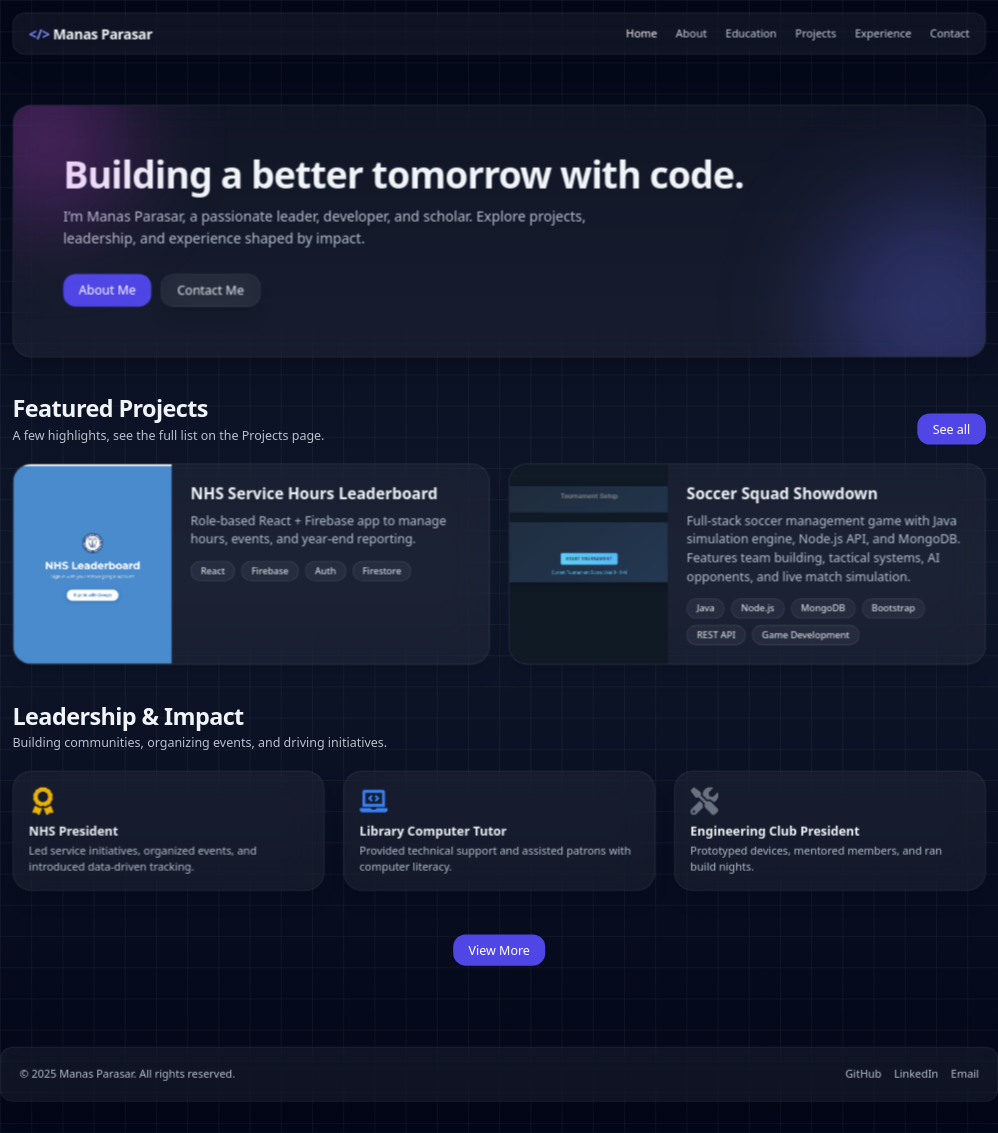
Repository: Manas-Parasar/portfolio-manas-parasar
Page: /
The author's editor kept a copy of each file at every save. The page is drawn from the files as they stood at one save, then again after the next save.
The browser window is 1280 px wide. The pictures show the whole page, at 78% of full size.
The project was rebuilt for these pictures with package versions that can differ from the ones it lists, and the page was loaded fresh each time. Also part of the build but not shown: vite.config.js, src/pages/About.jsx, src/pages/Projects.jsx, src/components/TimelineItem.jsx, src/pages/Experience.jsx, src/pages/Contact.jsx. Imported but missing from the stored project, and not drawn on this page: src/assets/Manas Parasar Resume.pdf.

Above is the page before, as saved 2025-10-12 23:01:04.

### index.html
<!DOCTYPE html>
<html lang="en">
  <head>
    <meta charset="UTF-8" />
    <meta name="viewport" content="width=device-width, initial-scale=1.0" />
    <title>Manas Parasar Portfolio</title>
    <meta
      name="description"
      content="Portfolio of Manas Parasar: projects, leadership, research, and impact."
    />
    <link rel="icon" href="/PortfolioFavicon.png" />
  </head>
  <body
    class="min-h-screen bg-gradient-to-b from-slate-950 via-slate-900 to-slate-950 text-slate-100"
  >
    <div id="root"></div>
    <script type="module" src="/src/main.jsx"></script>
  </body>
</html>

### src/main.jsx
import { BrowserRouter } from "react-router-dom";
import "./index.css";
import React from "react";
import ReactDOM from "react-dom/client";
import App from "./App";

ReactDOM.createRoot(document.getElementById("root")).render(
  <React.StrictMode>
    <BrowserRouter>
      <App />
    </BrowserRouter>
  </React.StrictMode>
);

### src/index.css
@tailwind base;
@tailwind components;
@tailwind utilities;

html,
body {
  margin: 0;
  padding: 0;
  box-sizing: border-box;
  overscroll-behavior: none;
  overflow-x: hidden;
}

html {
  background-color: #0aa345; /* slate-900 */
}

html,
body {
  margin: 0;
  padding: 0;
  box-sizing: border-box;
}

html {
  background-color: #0f172a; /* slate-900 */
}

/* Subtle selection & scrollbar tweaks */
::selection {
  background: #175430;
  color: white;
}
::-webkit-scrollbar {
  width: 10px;
}
::-webkit-scrollbar-thumb {
  background: rgba(148, 184, 155, 0.4);
  border-radius: 999px;
}

/* Reusable utilities */
@layer utilities {
  .glass {
    @apply bg-white/5 backdrop-blur-xl border border-white/10 shadow-xl;
  }
  .btn {
    @apply inline-flex items-center gap-2 rounded-2xl px-5 py-2 font-medium transition;
  }
  .btn-primary {
    @apply btn bg-brand-600 hover:bg-brand-500 text-white;
  }
  .btn-ghost {
    @apply btn glass hover:bg-white/10;
  }
  .headline {
    @apply text-4xl md:text-5xl font-extrabold tracking-tight;
  }
  .subtle {
    @apply text-slate-300/90;
  }
}

### src/App.jsx
import { Routes, Route } from "react-router-dom";
import Navbar from "./components/Navbar";
import Footer from "./components/Footer";
import Home from "./pages/Home";
import About from "./pages/About";
import Projects from "./pages/Projects";
import Experience from "./pages/Experience";
import Contact from "./pages/Contact";
import Education from "./pages/Education";

export default function App() {
  return (
    <div className="min-h-screen flex flex-col bg-grid-sheer bg-grid-sheer bg-[length:40px_40px] overflow-hidden">
      <div className="absolute inset-0 -z-10 opacity-70" aria-hidden>
        <div className="absolute -top-40 -left-40 h-96 w-96 rounded-full bg-brand-500 blur-[120px] opacity-30 animate-float" />
      </div>
      <Navbar />
      <main className="container py-10 flex-grow">
        <Routes>
          <Route path="/" element={<Home />} />
          <Route path="/about" element={<About />} />
          <Route path="/education" element={<Education />} />
          <Route path="/projects" element={<Projects />} />
          <Route path="/experience" element={<Experience />} />
          <Route path="/contact" element={<Contact />} />
        </Routes>
      </main>
      <Footer />
    </div>
  );
}

### src/components/Navbar.jsx
import { Link, NavLink } from "react-router-dom";
import { Menu, X } from "lucide-react";
import { useState } from "react";

export default function Navbar() {
  const [open, setOpen] = useState(false);
  const nav = [
    { to: "/", label: "Home" },
    { to: "/about", label: "About" },
    { to: "/education", label: "Education" },
    { to: "/projects", label: "Projects" },
    { to: "/experience", label: "Experience" },
    { to: "/contact", label: "Contact" },
  ];

  const NavItems = ({ onClick }) => (
    <ul className="flex flex-col md:flex-row gap-4 md:gap-6 text-sm">
      {nav.map((n) => (
        <li key={n.to}>
          <NavLink
            to={n.to}
            onClick={onClick}
            className={({ isActive }) =>
              `transition hover:text-white ${
                isActive ? "text-white" : "text-slate-300"
              }`
            }
          >
            {n.label}
          </NavLink>
        </li>
      ))}
    </ul>
  );

  return (
    <header className="sticky top-0 z-50">
      <div className="container mt-4">
        <div className="glass rounded-2xl px-5 py-3 flex items-center justify-between">
          <Link to="/" className="font-black tracking-tight text-lg">
            <span className="text-brand-400">&lt;/&gt;</span> Manas Parasar
          </Link>
          <nav className="hidden md:block">
            <NavItems />
          </nav>
          <button
            className="md:hidden btn-ghost"
            onClick={() => setOpen(!open)}
            aria-label="Toggle Menu"
          >
            {open ? <X size={20} /> : <Menu size={20} />}
          </button>
        </div>
        {open && (
          <div className="md:hidden mt-2 glass rounded-2xl px-5 py-4">
            <NavItems onClick={() => setOpen(false)} />
          </div>
        )}
      </div>
    </header>
  );
}

### src/components/Footer.jsx
export default function Footer() {
  return (
    <footer className="mt-16 pb-10">
      <div className="container glass rounded-2xl p-6 flex flex-col md:flex-row items-center justify-between gap-4">
        <p className="text-sm subtle">
          © {new Date().getFullYear()} Manas Parasar. All rights reserved.
        </p>
        <div className="text-sm subtle flex gap-4">
          <a
            href="https://github.com/"
            target="_blank"
            className="hover:text-white"
          >
            GitHub
          </a>
          <a
            href="https://linkedin.com/"
            target="_blank"
            className="hover:text-white"
          >
            LinkedIn
          </a>
          <a href="mailto:manas@example.com" className="hover:text-white">
            Email
          </a>
        </div>
      </div>
    </footer>
  );
}

### src/pages/Home.jsx
import Hero from "../components/Hero";
import Section from "../components/Section";
import ProjectCard from "../components/ProjectCard";
import nhsLeaderboardScreenshot from "../assets/NHS Leaderboard Screenshot.png";
import soccerSquadShowdownScreenshot from "../assets/Soccer Squad Showdown Screenshot.png";
import { FaAward, FaLaptopCode, FaTools } from "react-icons/fa";

export default function Home() {
  return (
    <>
      <Hero />

      <Section
        title="Featured Projects"
        subtitle="A few highlights, see the full list on the Projects page."
        cta={
          <a href="#/projects" className="btn-primary">
            See all
          </a>
        }
      >
        <div className="grid md:grid-cols-2 gap-6">
          <ProjectCard
            title="NHS Service Hours Leaderboard"
            desc="Role-based React + Firebase app to manage hours, events, and year-end reporting."
            tags={["React", "Firebase", "Auth", "Firestore"]}
            link="https://github.com/Manas-Parasar/NHS-Service-Hours-Leaderboard"
            img={nhsLeaderboardScreenshot}
          />
          <ProjectCard
            title="Soccer Squad Showdown"
            desc="Full-stack soccer management game with Java simulation engine, Node.js API, and MongoDB. Features team building, tactical systems, AI opponents, and live match simulation."
            tags={[
              "Java",
              "Node.js",
              "MongoDB",
              "Bootstrap",
              "REST API",
              "Game Development",
            ]}
            link="https://github.com/Manas-Parasar/Soccer-Squad-Showdown"
            img={soccerSquadShowdownScreenshot}
          />
        </div>
      </Section>

      <Section
        title="Leadership & Impact"
        subtitle="Building communities, organizing events, and driving initiatives."
      >
        <div className="grid md:grid-cols-3 gap-6">
          {[
            {
              title: "NHS President",
              desc: "Led service initiatives, organized events, and introduced data-driven tracking.",
            },
            {
              title: "Library Computer Tutor",
              desc: "Provided technical support and assisted patrons with computer literacy.",
            },
            {
              title: "Engineering Club President",
              desc: "Prototyped devices, mentored members, and ran build nights.",
            },
          ].map((c) => (
            <div key={c.title} className="glass rounded-3xl p-5 block">
              {c.title === "NHS President" && (
                <FaAward className="text-4xl mb-2 text-yellow-500" />
              )}
              {c.title === "Library Computer Tutor" && (
                <FaLaptopCode className="text-4xl mb-2 text-blue-500" />
              )}
              {c.title === "Engineering Club President" && (
                <FaTools className="text-4xl mb-2 text-gray-500" />
              )}
              <h3 className="font-semibold">{c.title}</h3>
              <p className="subtle text-sm mt-1">{c.desc}</p>
            </div>
          ))}
        </div>
        <div className="text-center mt-8">
          <a href="#/experience" className="btn-primary">
            View More
          </a>
        </div>
      </Section>
    </>
  );
}

### src/pages/Education.jsx
import { FaJava, FaRegCopyright } from "react-icons/fa";
import { DiVisualstudio } from "react-icons/di";
import {
  SiJavascript,
  SiReact,
  SiPython,
  SiFirebase,
  SiTailwindcss,
  SiGit,
  SiGithub,
  SiHtml5,
  SiCss3,
  SiCplusplus,
  SiNodedotjs,
  SiTypescript,
  SiExpress,
} from "react-icons/si";
import React from "react";

const skills = [
  { name: "Java", icon: <FaJava />, color: "text-red-500" },
  { name: "React", icon: <SiReact />, color: "text-blue-500" },
  { name: "Python", icon: <SiPython />, color: "text-yellow-500" },
  { name: "Firebase", icon: <SiFirebase />, color: "text-yellow-400" },
  { name: "Tailwind", icon: <SiTailwindcss />, color: "text-teal-500" },
  { name: "GitHub", icon: <SiGithub />, color: "text-gray-400" },
  { name: "Git", icon: <SiGit />, color: "text-orange-600" },
  { name: "HTML", icon: <SiHtml5 />, color: "text-orange-500" },
  { name: "CSS", icon: <SiCss3 />, color: "text-blue-600" },
  { name: "JavaScript", icon: <SiJavascript />, color: "text-yellow-300" },
  { name: "TypeScript", icon: <SiTypescript />, color: "text-blue-400" },
  { name: "C", icon: <FaRegCopyright />, color: "text-blue-600" },
  { name: "C++", icon: <SiCplusplus />, color: "text-blue-700" },
  { name: "Express.js", icon: <SiExpress />, color: "text-gray-400" },
  { name: "Node.js", icon: <SiNodedotjs />, color: "text-green-500" },
  { name: "Visual Studio", icon: <DiVisualstudio />, color: "text-blue-500" },
];

export default function Education() {
  return (
    <div className="space-y-6">
      <div className="glass rounded-3xl p-6 hover:shadow-glow transition">
        <h3 className="font-semibold mb-2 text-2xl text-brand-400">College</h3>
        <div className="subtle">
          <p className="font-bold">Paradise Valley Community College</p>
          <p>Associate of Science in Computer Science</p>
          <p>Expected Graduation: May 2026</p>
          <br />
          <p>Associate of Arts in Mathematics</p>
          <p>Expected Graduation: May 2026</p>
        </div>
      </div>
      <div className="glass rounded-3xl p-6 hover:shadow-glow transition">
        <h3 className="font-semibold mb-2 text-2xl text-brand-400">
          High School
        </h3>
        <div className="subtle">
          <p className="font-bold">
            Arizona Agribusiness & Equine Center - Paradise Valley
          </p>
          <p>High School Diploma</p>
          <p>May 2026</p>
          <p>Phoenix, AZ</p>
        </div>
      </div>
      <div className="glass rounded-3xl p-6 hover:shadow-glow transition">
        <h3 className="font-semibold mb-2 text-2xl text-brand-400">
          Academics & Scores
        </h3>
        <ul className="subtle list-disc list-inside space-y-1">
          <li>SAT: 1530 (770 Math, 760 English)</li>
          <li>ACT: 35 (36 Math, 36 Science, 36 English, 33 Reading)</li>
          <li>GPA: 4.00 (Unweighted)</li>
        </ul>
      </div>
      <div className="glass rounded-3xl p-6 hover:shadow-glow transition">
        <h3 className="font-semibold mb-2 text-2xl text-brand-400">
          Certifications & Awards
        </h3>
        <ul className="subtle list-disc list-inside space-y-1">
          <li>Python Essential Training Certification (LinkedIn Learning)</li>
          <li>Introduction to Web APIs Certification (LinkedIn Learning)</li>
          <li>President’s Honor Roll (Paradise Valley Community College)</li>
          <li>
            4.0 Honor Roll (3x, Arizona Agribusiness & Equine Center - Paradise
            Valley)
          </li>
          <li>
            Excellence in Science (2024 - 2025, Arizona Agribusiness & Equine
            Center - Paradise Valley)
          </li>
        </ul>
      </div>
      <div className="glass rounded-3xl p-6 hover:shadow-glow transition">
        <h3 className="font-semibold mb-2 text-2xl text-brand-400">
          Related Coursework
        </h3>
        <div className="grid grid-cols-1 md:grid-cols-2 gap-4 subtle">
          <div>
            <ul className="list-disc list-inside space-y-1">
              <li>Geometry 1-2</li>
              <li>Algebra 3-4</li>
              <li>Pre-Calculus 1-2</li>
              <li>College Algebra/Functions (MAT151)</li>
              <li>Calculus with Analytical Geometry I (MAT220)</li>
              <li>Calculus with Analytical Geometry II (MAT230)</li>
              <li>Biology 1-2</li>
            </ul>
          </div>
          <div>
            <ul className="list-disc list-inside space-y-1">
              <li>Chemistry 1-2</li>
              <li>Introduction to Computer Science (Java) (CSC110AB)</li>
              <li>
                Object Oriented Programming and Data Structures (Java)
                (CSC205AC)
              </li>
              <li>Digital Design Fundamentals (CSC120)</li>
              <li>
                Introduction to Different Programming Languages (CSC240AA)
              </li>
              <li>Introduction to Logic (PHI103)</li>
            </ul>
          </div>
        </div>
      </div>
      <div className="glass rounded-3xl p-6 hover:shadow-glow transition">
        <h3 className="font-semibold mb-2 text-2xl text-brand-400">Skills</h3>
        <div className="grid grid-cols-2 md:grid-cols-4 gap-4">
          {skills.map((skill) => (
            <div
              key={skill.name}
              className="flex items-center gap-4 bg-white/5 p-4 rounded-lg transition-all duration-300 ease-in-out hover:bg-white/10 hover:scale-105 hover:shadow-glow"
            >
              <div className={`text-4xl ${skill.color}`}>{skill.icon}</div>
              <div>
                <h4 className="font-bold">{skill.name}</h4>
              </div>
            </div>
          ))}
        </div>
      </div>
    </div>
  );
}

### src/components/Hero.jsx
import { motion } from "framer-motion";

export default function Hero() {
  return (
    <section className="mt-6">
      <div className="relative overflow-hidden rounded-3xl glass p-10 md:p-16">
        <motion.h1
          initial={{ opacity: 0, y: 20 }}
          animate={{ opacity: 1, y: 0 }}
          transition={{ duration: 0.6 }}
          className="headline"
        >
          Building a better tomorrow with code.
        </motion.h1>
        <motion.p
          initial={{ opacity: 0, y: 20 }}
          animate={{ opacity: 1, y: 0 }}
          transition={{ duration: 0.7, delay: 0.1 }}
          className="mt-4 text-lg subtle max-w-3xl"
        >
          I’m Manas Parasar, a passionate leader, developer, and scholar.
          Explore projects, leadership, and experience shaped by impact.
        </motion.p>
        <motion.div
          initial={{ opacity: 0, y: 20 }}
          animate={{ opacity: 1, y: 0 }}
          transition={{ duration: 0.7, delay: 0.2 }}
          className="mt-8 flex gap-3"
        >
          <a className="btn-primary" href="#/about">
            About Me
          </a>
          <a className="btn-ghost" href="#/contact">
            Contact Me
          </a>
        </motion.div>
        {/* Decorative blobs */}
        <div className="pointer-events-none absolute -right-20 -bottom-20 h-72 w-72 rounded-full bg-brand-500/30 blur-3xl" />
        <div className="pointer-events-none absolute -left-16 -top-16 h-52 w-52 rounded-full bg-fuchsia-500/30 blur-3xl" />
      </div>
    </section>
  );
}

### src/components/Section.jsx
export default function Section({ title, subtitle, children, cta }) {
  return (
    <section className="mt-12">
      <div className="flex items-end justify-between gap-4 mb-6">
        <div>
          <h2 className="text-2xl md:text-3xl font-bold tracking-tight">
            {title}
          </h2>
          {subtitle && <p className="subtle mt-1">{subtitle}</p>}
        </div>
        {cta}
      </div>
      <div className="grid gap-6">{children}</div>
    </section>
  );
}

### src/components/ProjectCard.jsx
import { motion } from "framer-motion";

export default function ProjectCard({
  title,
  desc,
  tags = [],
  img = "https://images.unsplash.com/photo-1522071820081-009f0129c71c?q=80&w=1400&auto=format&fit=crop",
  link = "#",
}) {
  return (
    <motion.a
      href={link}
      target="_blank"
      rel="noreferrer"
      initial={{ opacity: 0, y: 20 }}
      whileInView={{ opacity: 1, y: 0 }}
      viewport={{ once: true }}
      transition={{ duration: 0.5 }}
      className="group glass rounded-3xl overflow-hidden grid md:grid-cols-3"
    >
      <div className="md:col-span-1">
        <img
          src={img}
          alt={title}
          className="h-48 md:h-full w-full object-cover transition group-hover:scale-105"
        />
      </div>
      <div className="md:col-span-2 p-6">
        <h3 className="text-xl font-bold mb-2">{title}</h3>
        <p className="subtle mb-4">{desc}</p>
        <div className="flex flex-wrap gap-2">
          {tags.map((t) => (
            <span
              key={t}
              className="px-3 py-1 rounded-full bg-white/5 text-xs border border-white/10"
            >
              {t}
            </span>
          ))}
        </div>
      </div>
    </motion.a>
  );
}

### tailwind.config.js
/** @type {import('tailwindcss').Config} */
export default {
  content: ["./index.html", "./src/**/*.{js,jsx,ts,tsx}"],
  theme: {
    extend: {
      container: { center: true, padding: "1rem" },
      fontFamily: {
        display: ["Inter", "ui-sans-serif", "system-ui"],
      },
      colors: {
        brand: {
          50: "#eef2ff",
          100: "#e0e7ff",
          200: "#c7d2fe",
          300: "#a5b4fc",
          400: "#818cf8",
          500: "#6366f1",
          600: "#4f46e5",
          700: "#4338ca",
          800: "#3730a3",
          900: "#312e81",
        },
      },
      boxShadow: {
        glow: "0 0 0 0 rgba(99,102,241,0.5), 0 0 80px 10px rgba(99,102,241,0.25)",
      },
      backgroundImage: {
        "grid-sheer":
          "linear-gradient(rgba(255,255,255,0.04) 1px, transparent 1px), linear-gradient(90deg, rgba(255,255,255,0.04) 1px, transparent 1px)",
      },
      backgroundSize: {
        "grid-sheer": "40px 40px",
      },
      animation: {
        float: "float 6s ease-in-out infinite",
        shimmer: "shimmer 4s linear infinite",
      },
      keyframes: {
        float: {
          "0%, 100%": { transform: "translateY(0px)" },
          "50%": { transform: "translateY(-10px)" },
        },
        shimmer: {
          "0%": { backgroundPosition: "-200% 0" },
          "100%": { backgroundPosition: "200% 0" },
        },
      },
    },
  },
  plugins: [],
};

After the next save:
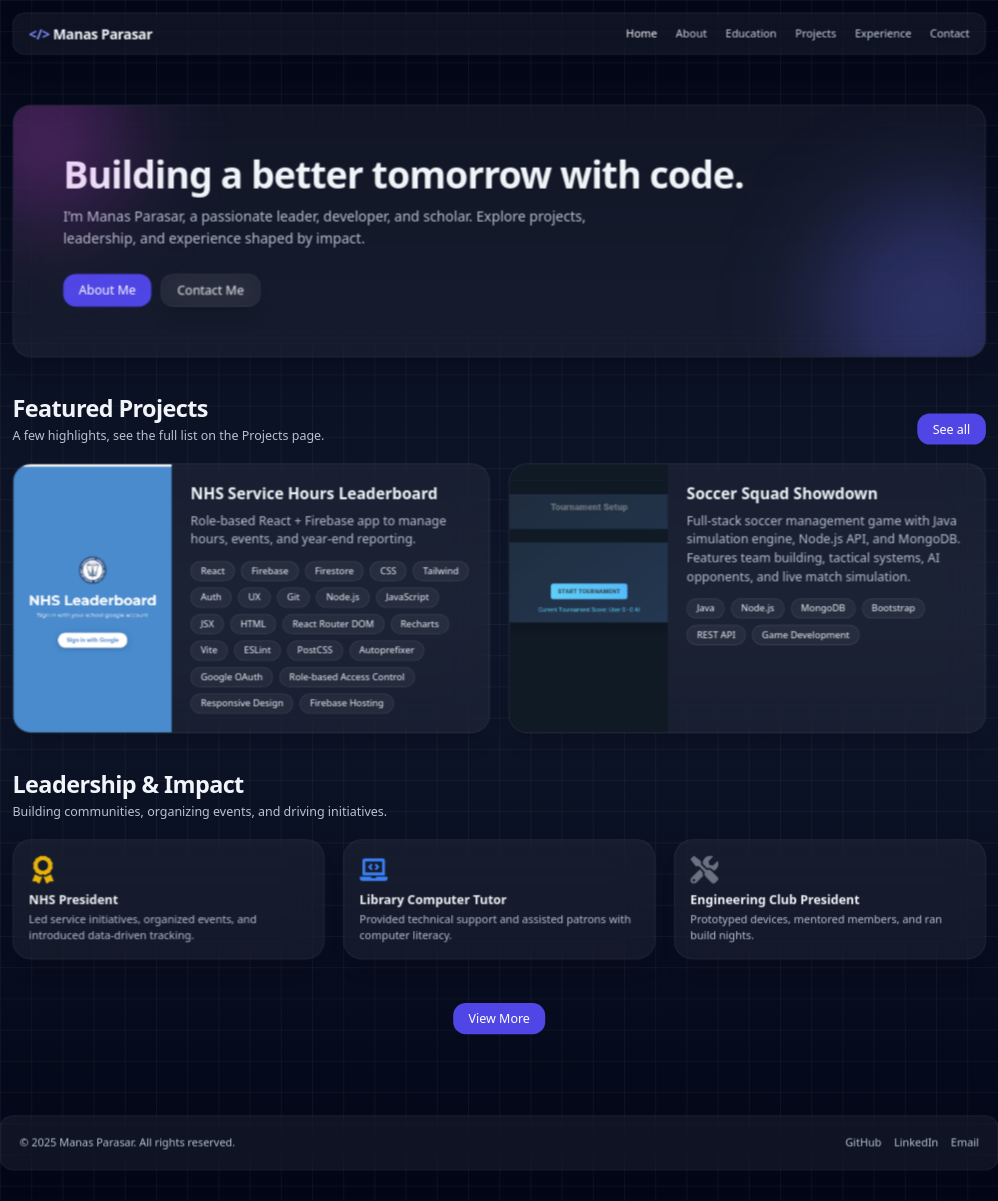
Saved 52 s later.
--- a/src/pages/Home.jsx
+++ b/src/pages/Home.jsx
@@ -23,7 +23,30 @@ export default function Home() {
           <ProjectCard
             title="NHS Service Hours Leaderboard"
             desc="Role-based React + Firebase app to manage hours, events, and year-end reporting."
-            tags={["React", "Firebase", "Auth", "Firestore"]}
+            tags={[
+              "React",
+              "Firebase",
+              "Firestore",
+              "CSS",
+              "Tailwind",
+              "Auth",
+              "UX",
+              "Git",
+              "Node.js",
+              "JavaScript",
+              "JSX",
+              "HTML",
+              "React Router DOM",
+              "Recharts",
+              "Vite",
+              "ESLint",
+              "PostCSS",
+              "Autoprefixer",
+              "Google OAuth",
+              "Role-based Access Control",
+              "Responsive Design",
+              "Firebase Hosting",
+            ]}
             link="https://github.com/Manas-Parasar/NHS-Service-Hours-Leaderboard"
             img={nhsLeaderboardScreenshot}
           />
